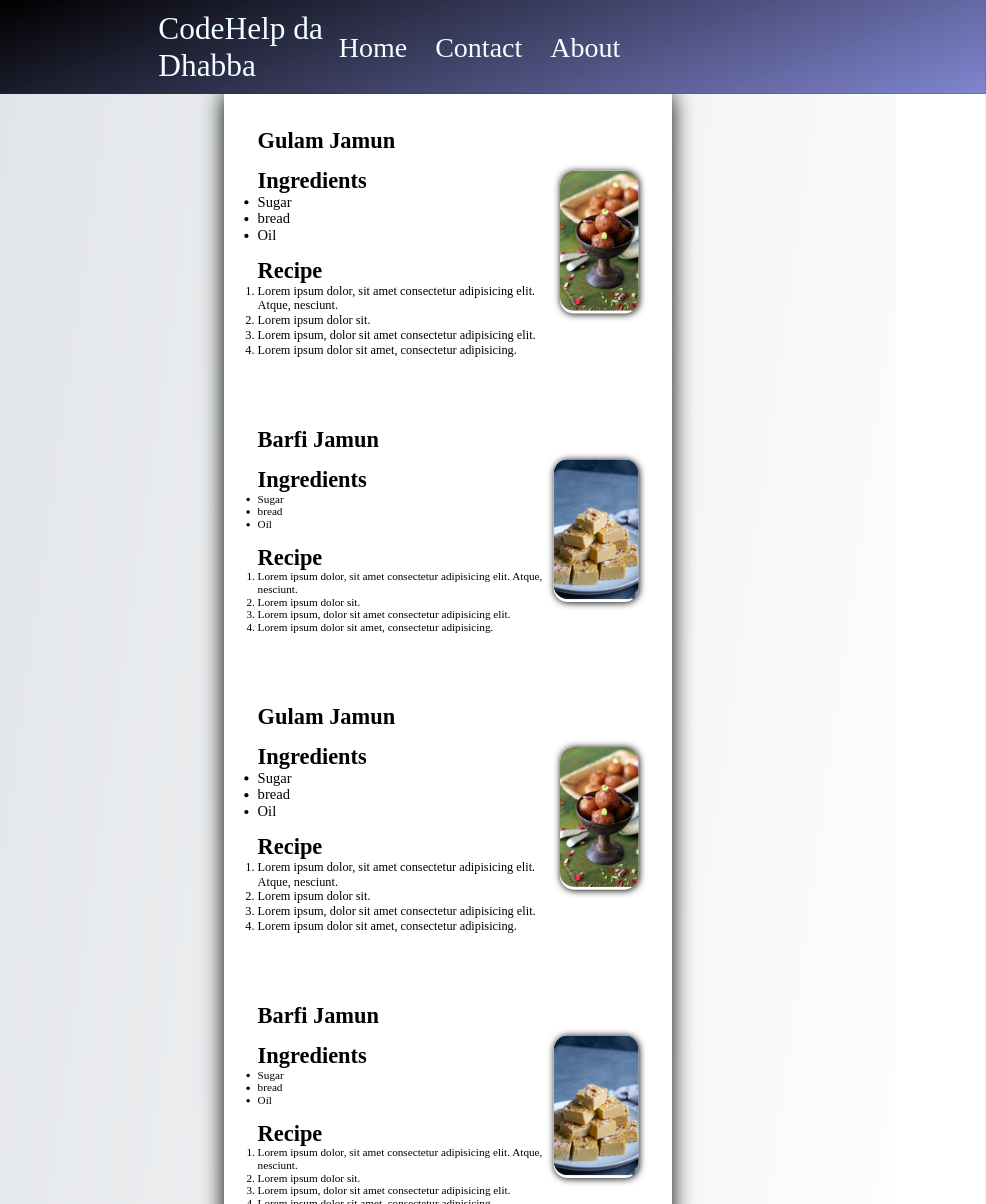
Repository: ssaddamhuss100/Recipe_Html_css
Page: index.html
An editor plug-in stored every save of this project. The page is shown before and after a run of saves, followed by the edit.
The browser window is 1280 px wide. The page is 1408 px wide, so the pictures cover 1408 px, including what lies to the right of the window. The pictures show the part of the page from y = 0 to 1720 px (the page is 2639 px tall before and 2611 px after), at 70% of full size.

Above is the page before, as saved 2024-12-12 10:48:46.

### index.html
<!DOCTYPE html>
<html lang="en">
<head>
    <meta charset="UTF-8">
    <meta http-equiv="X-UA-Compatible" content="IE=edge">
    <meta name="viewport" content="width=device-width, initial-scale=1.0">
    <title>Codehelp da Dhaaba</title>
    <link rel="stylesheet" href="style.css">
</head>
<body>

    <div class="container">

        <header>
            <div class="navContainer">
                <nav>
                    <ul id="navList">
                        <li>
                            <p id="navLogo">CodeHelp da Dhabba</p>
                        </li>
                        <li>
                            <div id="navItems">
                                <a href="#">Home</a>
                                <a href="#">Contact</a>
                                <a href="#">About</a>
                            </div>
                        </li>
                    </ul>
                </nav>
            </div>
        </header>

        <main>
            <div class="contentBox">
                <!-- item 1  -->
                <section>
                    <div class="item">
                        <div class="leftBox">
                            <!-- heaeding -->
                            <h2>Gulam Jamun</h2>

                            <div>
                                <h2>Ingredients</h2>
                                <ul class="ingBox">
                                    <li>Sugar</li>
                                    <li>bread</li>
                                    <li>Oil</li>
                                </ul>
                            </div>

                            <div>
                                <h2>Recipe</h2>
                                <ol class="recipeBox">
                                    <li>Lorem ipsum dolor, sit amet consectetur adipisicing elit. Atque, nesciunt.</li>
                                    <li>Lorem ipsum dolor sit.</li>
                                    <li>Lorem ipsum, dolor sit amet consectetur adipisicing elit.</li>
                                    <li>Lorem ipsum dolor sit amet, consectetur adipisicing.</li>
                                </ol>
                            </div>



                        </div>

                        <div class="rightBox">
                            <img
                                src="bread-gulab-jamun-recipe.jpg"
                            />
                            <div class="overlay">
                                <span> Click here to Buy</span>
                            </div>
                        </div>
                    </div>
                </section>

                <section>
                    <div class="item">
                        <div class="leftBox">
                            <!-- heaeding -->
                            <h2>Barfi Jamun</h2>

                            <div>
                                <h2>Ingredients</h2>
                                <ul>
                                    <li>Sugar</li>
                                    <li>bread</li>
                                    <li>Oil</li>
                                </ul>
                            </div>

                            <div>
                                <h2>Recipe</h2>
                                <ol>
                                    <li>Lorem ipsum dolor, sit amet consectetur adipisicing elit. Atque, nesciunt.</li>
                                    <li>Lorem ipsum dolor sit.</li>
                                    <li>Lorem ipsum, dolor sit amet consectetur adipisicing elit.</li>
                                    <li>Lorem ipsum dolor sit amet, consectetur adipisicing.</li>
                                </ol>
                            </div>



                        </div>
                        <div class="rightBox">
                            <img
                                src="Magaz-5-of-5-2-960x1440.jpg"
                            />
                        </div>
                    </div>
                </section>

                <section>
                    <div class="item">
                        <div class="leftBox">
                            <!-- heaeding -->
                            <h2>Gulam Jamun</h2>

                            <div>
                                <h2>Ingredients</h2>
                                <ul class="ingBox">
                                    <li>Sugar</li>
                                    <li>bread</li>
                                    <li>Oil</li>
                                </ul>
                            </div>

                            <div>
                                <h2>Recipe</h2>
                                <ol class="recipeBox">
                                    <li>Lorem ipsum dolor, sit amet consectetur adipisicing elit. Atque, nesciunt.</li>
                                    <li>Lorem ipsum dolor sit.</li>
                                    <li>Lorem ipsum, dolor sit amet consectetur adipisicing elit.</li>
                                    <li>Lorem ipsum dolor sit amet, consectetur adipisicing.</li>
                                </ol>
                            </div>



                        </div>

                        <div class="rightBox">
                            <img
                                src="bread-gulab-jamun-recipe.jpg"
                            />
                            <div class="overlay">
                                <span> Click here to Buy</span>
                            </div>
                        </div>
                    </div>
                </section>

                <section>
                    <div class="item">
                        <div class="leftBox">
                            <!-- heaeding -->
                            <h2>Barfi Jamun</h2>

                            <div>
                                <h2>Ingredients</h2>
                                <ul>
                                    <li>Sugar</li>
                                    <li>bread</li>
                                    <li>Oil</li>
                                </ul>
                            </div>

                            <div>
                                <h2>Recipe</h2>
                                <ol>
                                    <li>Lorem ipsum dolor, sit amet consectetur adipisicing elit. Atque, nesciunt.</li>
                                    <li>Lorem ipsum dolor sit.</li>
                                    <li>Lorem ipsum, dolor sit amet consectetur adipisicing elit.</li>
                                    <li>Lorem ipsum dolor sit amet, consectetur adipisicing.</li>
                                </ol>
                            </div>



                        </div>
                        <div class="rightBox">
                            <img
                                src="Magaz-5-of-5-2-960x1440.jpg"
                            />
                        </div>
                    </div>
                </section>

                <section>
                    <div class="item">
                        <div class="leftBox">
                            <!-- heaeding -->
                            <h2>Gulam Jamun</h2>

                            <div>
                                <h2>Ingredients</h2>
                                <ul class="ingBox">
                                    <li>Sugar</li>
                                    <li>bread</li>
                                    <li>Oil</li>
                                </ul>
                            </div>

                            <div>
                                <h2>Recipe</h2>
                                <ol class="recipeBox">
                                    <li>Lorem ipsum dolor, sit amet consectetur adipisicing elit. Atque, nesciunt.</li>
                                    <li>Lorem ipsum dolor sit.</li>
                                    <li>Lorem ipsum, dolor sit amet consectetur adipisicing elit.</li>
                                    <li>Lorem ipsum dolor sit amet, consectetur adipisicing.</li>
                                </ol>
                            </div>



                        </div>

                        <div class="rightBox">
                            <img
                                src="bread-gulab-jamun-recipe.jpg"
                            />
                            <div class="overlay">
                                <span> Click here to Buy</span>
                            </div>
                        </div>
                    </div>
                </section>

                <section>
                    <div class="item">
                        <div class="leftBox">
                            <!-- heaeding -->
                            <h2>Barfi Jamun</h2>

                            <div>
                                <h2>Ingredients</h2>
                                <ul>
                                    <li>Sugar</li>
                                    <li>bread</li>
                                    <li>Oil</li>
                                </ul>
                            </div>

                            <div>
                                <h2>Recipe</h2>
                                <ol>
                                    <li>Lorem ipsum dolor, sit amet consectetur adipisicing elit. Atque, nesciunt.</li>
                                    <li>Lorem ipsum dolor sit.</li>
                                    <li>Lorem ipsum, dolor sit amet consectetur adipisicing elit.</li>
                                    <li>Lorem ipsum dolor sit amet, consectetur adipisicing.</li>
                                </ol>
                            </div>



                        </div>
                        <div class="rightBox">
                            <img
                                src="Magaz-5-of-5-2-960x1440.jpg"
                            />
                        </div>
                    </div>
                </section>
            </div>
        </main>

        <footer>
           <div class="footerBox">
                <p>
                    Copyright  &copy; CodeHelp da Dhaaba Pvt Ltd 2023 All Rights Reserved
                </p>
           </div>
        </footer>


    </div>

</body>
</html>

### style.css
*{
    margin: 0;
    padding: 0;
    box-sizing: border-box;
}
.container{
    height: 100%;
    width: 100%;
    overflow-x: none;
    background-color: #e2e5e8;
    background-image: linear-gradient(98deg, #e2e5e8 0%, #ffffff 100%);

}

.navContainer{
    width: 110vw;
    /* background-color: rgba(113, 113, 154, 0.776);
    */
    background-color: #000000;
   background-image: linear-gradient(160deg, #000000 0%, #8085d0 100%);

    min-height: 30px;
    display: flex;
    justify-content: center;
    align-items: center;
    position: relative;
}
nav{
    width: 70%;
}
#navList{
    width: 70%;
    padding: 15px;
    /* margin-left: 15px;
    margin-right: 15px; */
    list-style: none;
    font-size: 2.5rem;
    display: flex;
    justify-content: space-around;
    align-items: center;
}

#navLogo{
    font-size: 2.8rem;
    color: azure;
}

a{
    text-decoration: none;
    color: azure;
}
#navItems{
    display: flex;
    gap: 40px;

}

footer{
    width: 100%;
}

.footerBox{
    background-color: #000000;
    background-image: linear-gradient(160deg, #000000 0%, #8085d0 100%);

    width: 100%;
    text-align: center;
    min-height: 40px;
}

.footerBox p {
    color: azure;
    font-size: 2rem;
}

.contentBox{
    width: 50%;
    margin: auto;
    /* border: 1px solid black; */
    background-color: white;
    display: flex;
    flex-direction: column;
    gap: 100px;
    padding: 3rem;
    box-shadow: 0px 0px 30px black;
}

.item{
    display: flex;
    justify-content: space-around;
    align-items: center;
}

.rightBox{
    position: relative;
    overflow: hidden;
    transition: all 0.3s linear 0s;
    box-shadow: 1px 1px 10px black;
    border-radius: 20px;
}

.rightBox img{
    height: 200px;
    border-radius: 20px;
    transition: all 0.6s linear 0s;
}

.rightBox:hover{
    transform: scale(1.1);
}

.leftBox{
    display: flex;
    flex-direction: column;
    gap: 20px;
}
.leftBox h2{
    font-size: 2rem;
}

.ingBox{
    font-size: 1.3rem;
}

.recipeBox{
    font-size: 1.1rem;
}

.rightBox .overlay{
    position: absolute;
    top: 0;
    left: 0;
    height: 100%;
    width: 100%;
    background-color: rgba(36, 34, 34, 0.713);
    border-radius: 20px;
    display: flex;
    align-items: center;
    justify-content: center;
    opacity: 0;
    transition: all 0.3s linear 0s;
}

.rightBox:hover .overlay{
    opacity: 1;
}

.rightBox .overlay span{
    color: white;
    font-size: 1.2rem;
}

After the next 3 saves:
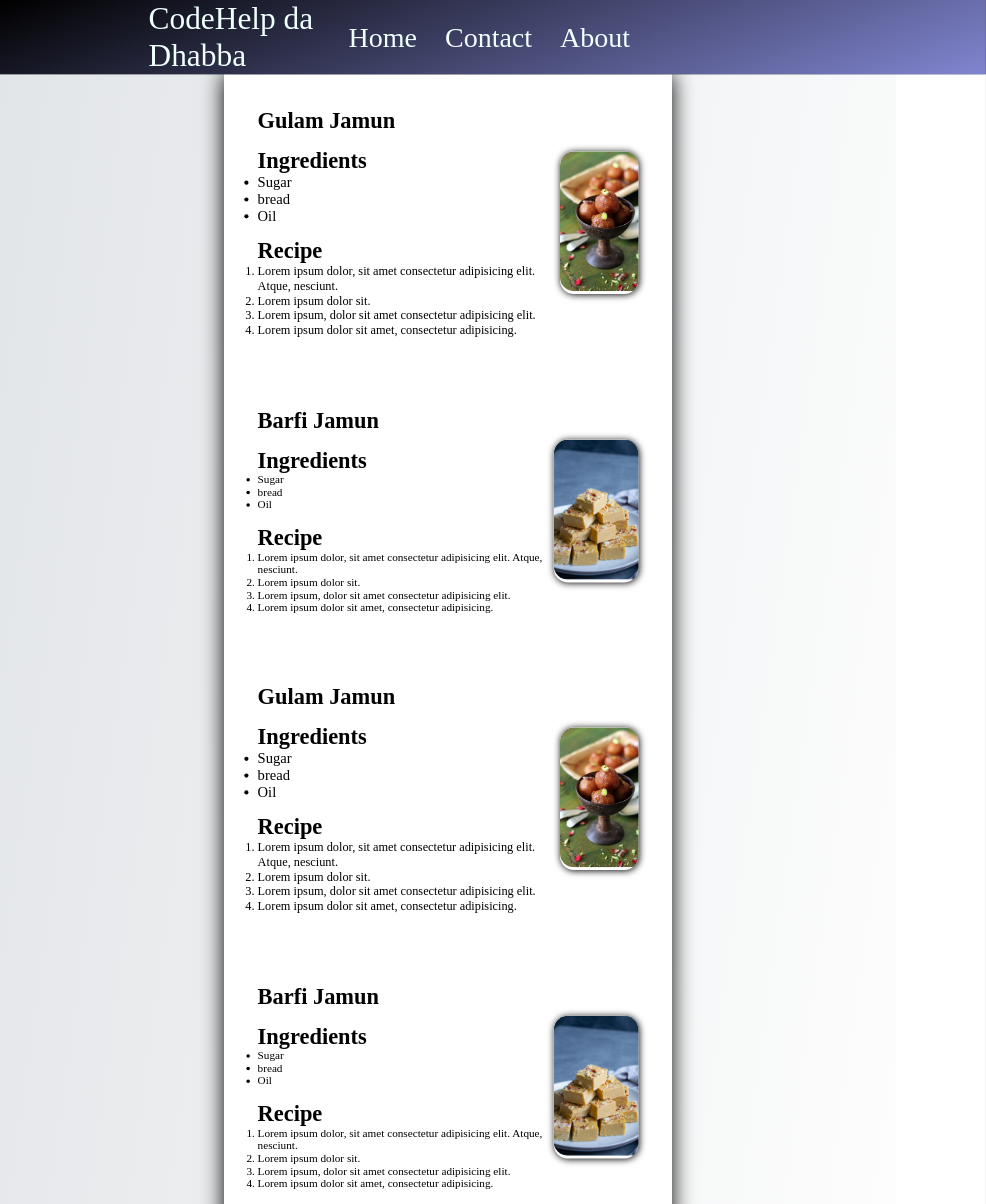
The 3 saves are shown as one change because they came seconds apart.
The last was saved 14 s later.
--- a/style.css
+++ b/style.css
@@ -30,7 +30,7 @@ nav{
 }
 #navList{
     width: 70%;
-    padding: 15px;
+    padding: 1px;
     /* margin-left: 15px;
     margin-right: 15px; */
     list-style: none;
